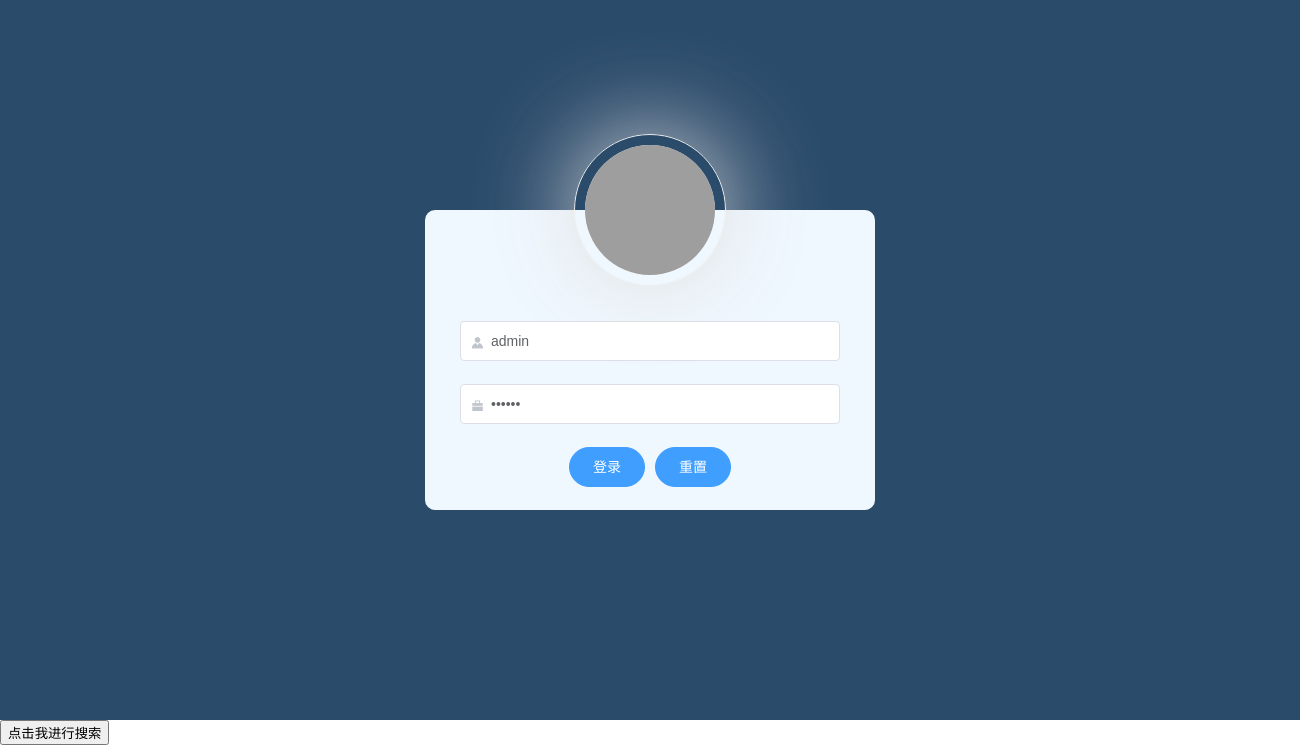
Repository: Tsukiau/vue_shop
Page: /#/ (app in app-commerce/)
These files come from the project's save history. The page is drawn as it stood at one moment and after the next save; the edit follows.
The browser window is 1280 px wide. The page is 1300 px wide, so the pictures cover 1300 px, including what lies to the right of the window. The pictures show the whole page.
Pictures or frames that could not be fetched are drawn as grey boxes. The project was rebuilt for these pictures with package versions that can differ from the ones it lists, and the page was loaded fresh each time. Also part of the build but not shown: app-commerce/vue.config.js.

Above is the page before, as saved 2022-10-25 11:38:11.

### app-commerce/src/main.js
import Vue from 'vue'
import App from './App.vue'
import router from './router'
import store from './store'
import ElementUI from 'element-ui'
import '../node_modules/element-ui/lib/theme-chalk/index.css'

import '@/style/index.css'

import TreeTable from 'vue-table-with-tree-grid'
// import axios from 'axios'
// Vue.prototype.axios = axios

Vue.use(ElementUI)

Vue.component('tree-table', TreeTable)
Vue.config.productionTip = false

new Vue({
  router,
  store,
  render: h => h(App)
}).$mount('#app')

### app-commerce/src/App.vue
<template>
  <div>
    <router-view></router-view>
    <div>
      <input ref="myInp" type="text" placeholder="这是一个输入框" v-if="isShow">
      <button v-else @click="btn">点击我进行搜索</button>
  </div>
  </div>
</template>

<script>
export default {
  name: 'app',
  data() {
    return {}
  },
  methods: {
    btn(){

    }
  }
}

</script>
<style  scoped>

</style>

### app-commerce/src/router/index.js
import Vue from 'vue'
import VueRouter from 'vue-router'
import store from '@/store'
Vue.use(VueRouter)

const routes = [
  {
    path: '/',
    redirect: '/login'
  },
  {
    path: '/login',
    component: () => import('@/views/login')
  },
  {
    path: '/home',
    component: () => import('../views/home/indxe.vue'),
    redirect: '/welcome',
    children: [
      {
        path: '/welcome',
        component: () => import('../views/welcome')
      },
      {
        path: '/users',
        component: () => import('../components/user/Users')
      },
      {
        path: '/rights',
        component: () => import('../components/power/Rights')
      },
      {
        path: '/roles',
        component: () => import('../components/power/Roles')
      },
      {
        path: '/categories',
        component: () => import('../components/goods/categories')
      },
      {
        path: '/goods',
        component: () => import('../components/goods/goods')
      },
      {
        path: '/goods/add',
        component: () => import('../components/goods/add')
      }

    ]
  }
]

const router = new VueRouter({
  routes
})
// 路由守卫
router.beforeEach((to, from, next) => {
  if (to.path === '/login') return next()
  const { user } = store.state
  if (!user) return next('/login')
  next()
})

export default router

### app-commerce/src/store/index.js
import Vue from 'vue'
import Vuex from 'vuex'

Vue.use(Vuex)

export default new Vuex.Store({
  state: {
    user: JSON.parse(localStorage.getItem('tokenUser')),
    activePath: JSON.parse(localStorage.getItem('activePath'))
  },
  getters: {
  },
  mutations: {
    // token
    setUser (state, user) {
      state.user = user
      localStorage.setItem('tokenUser', JSON.stringify(user))
    },
    // 保存链接激活状态
    setActive (state, activePath) {
      state.activePath = activePath
      localStorage.setItem('activePath', JSON.stringify(activePath))
    }
  },
  actions: {
  },
  modules: {
  }
})

### app-commerce/src/style/index.css
html,body,#app{
   margin: 0;
   padding: 0;
   min-width: 1300px;
}

.el-breadcrumb{
    margin-bottom: 15px;
    font-size: 14px;
}
.el-card{
    box-shadow: 0 1px 1px rgba(0,0,0,0.15) !important
}
.el-table{
   margin-top: 15px;
}
.el-pagination{
     margin-top: 15px;
}

### app-commerce/src/views/login/index.vue
<template>
  <div class="login">
    <div class="login_box">
      <!-- 头像 -->
      <div class="avatar_box">
        <img src="@/assets/t.jpg" alt="" />
      </div>
      <!-- 表单 -->
      <el-form ref="loginForm" label-width="0px"
      class="login_from" :model="form" :rules="formRules">

        <el-form-item prop="username">
          <el-input v-model="form.username" prefix-icon="el-icon-s-custom"></el-input>
        </el-form-item>

        <el-form-item prop="password">
          <el-input v-model="form.password" type="password" prefix-icon="el-icon-s-cooperation"></el-input>
        </el-form-item>

        <el-form-item class="btn">
          <el-button type="primary" round @click="loginD">登录</el-button>
          <el-button type="primary" round @click="reset">重置</el-button>

        </el-form-item>

      </el-form>

    </div>
  </div>
</template>

<script>
import { userApi } from '@/api/user'
export default {
  name: 'appLogin',
  data() {
    return {
      form: {
        username: 'admin',
        password: '123456'
      },
      formRules: {
        username: [
          { required: true, message: '请输入用户名' },
          { min: 2, max: 8, message: '长度在 2 到 8 个字符' }],
        password: [
          { required: true, message: '请输入密码' },
          { min: 6, max: 15, message: '长度在 6 到 15 个字符' }]
      }
    }
  },
  methods: {
    // 重置表单
    reset () {
      this.$refs.loginForm.resetFields()
    },
    // 登录表单
    loginD () {
      // 验证表单 valid 布尔值
      this.$refs.loginForm.validate(async (valid) => {
        if (!valid) return
        try {
          const { data } = await userApi(this.form)
          console.log(data)
          if (data.meta.status !== 200) return this.$message.error('登录失败')
          this.$message.success('登录成功')
          this.$store.commit('setUser', data.data.token)
          this.$router.push('/home')
        } catch (err) {
          console.log('请求失败', err)
        }
      })
    }
  }

}
</script>
<style scoped lang="less">
.login {
  background-color: #2b4b6b;
  height: 100vh;

  .login_box {
    width: 450px;
    height: 300px;
    background-color: aliceblue;
    border-radius: 10px;
    position: relative;
    top: 50%;
    left: 50%;
    transform: translate(-50%, -50%);

    .avatar_box {
      height: 130px;
      width: 130px;
      border: 1px solid #eee;
      border-radius: 50%;
      padding: 10px;
      box-shadow: 0 0 100px #ddd;
      position: absolute;
      left: 50%;
      transform: translate(-50%, -50%);

      img {
        width: 100%;
        height: 100%;
        border-radius: 50%;
        background-color: #eee;
      }
    }
  }

  .login_from {
    position: absolute;
    bottom: 0;
    width: 100%;
    padding: 0 35px;
    box-sizing: border-box;
  }

  .btn {
    display: flex;
    justify-content: center;

  }

}
</style>

### app-commerce/src/api/user.js
import request from '@/utils/request'

export const userApi = data => {
     return request({
      method:'post',
      url:'login',
      data
     })
}

### app-commerce/src/utils/request.js
import axios from 'axios'
import store from '@/store'

const request = axios.create({
  // baseURL: 'http://127.0.0.1:8888/api/private/v1/'
  baseURL: 'https://lianghj.top:8888/api/private/v1/'
})

// 拦截器 提交token
request.interceptors.request.use(config => {
  config.headers.Authorization = store.state.user
  return config
})

export default request

Loaded but not shown: app-commerce/public/index.html (common file)

After the next save:
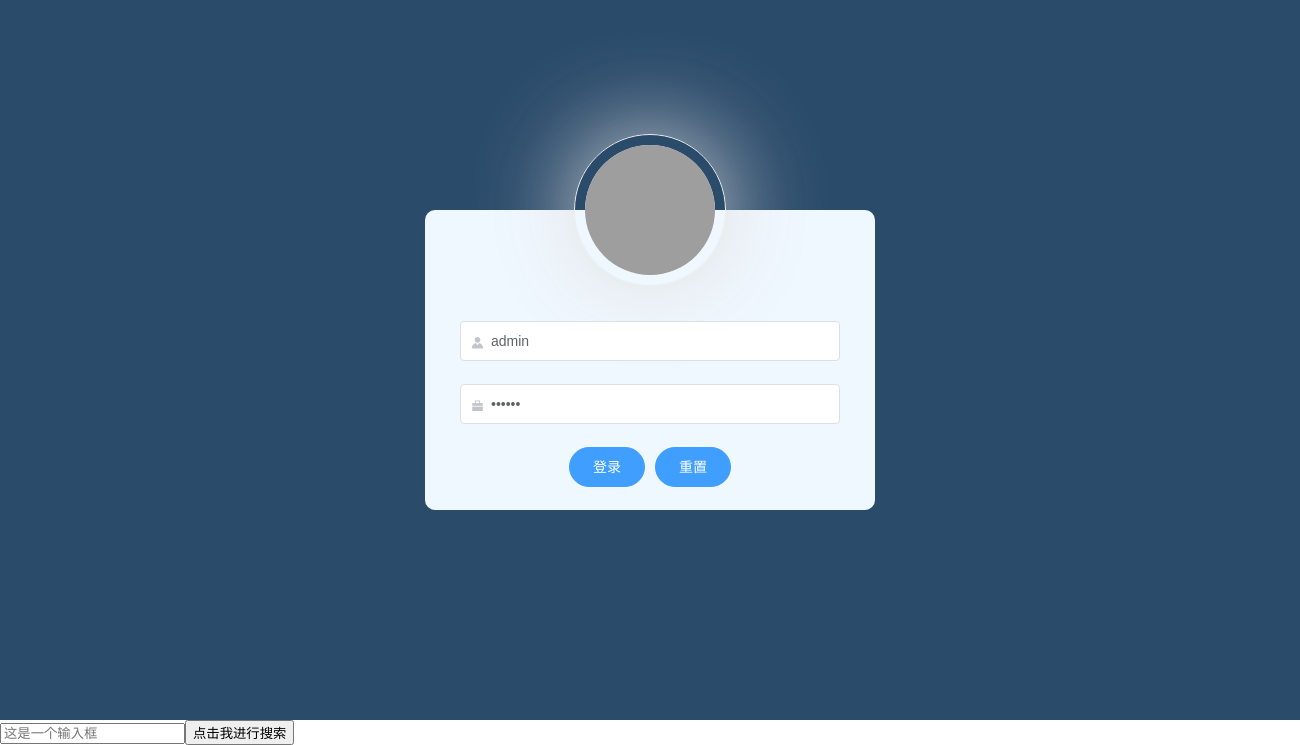
Saved 7 s later.
--- a/app-commerce/src/App.vue
+++ b/app-commerce/src/App.vue
@@ -2,8 +2,8 @@
   <div>
     <router-view></router-view>
     <div>
-      <input ref="myInp" type="text" placeholder="这是一个输入框" v-if="isShow">
-      <button v-else @click="btn">点击我进行搜索</button>
+      <input ref="myInp" type="text" placeholder="这是一个输入框" >
+      <button  @click="btn">点击我进行搜索</button>
   </div>
   </div>
 </template>
